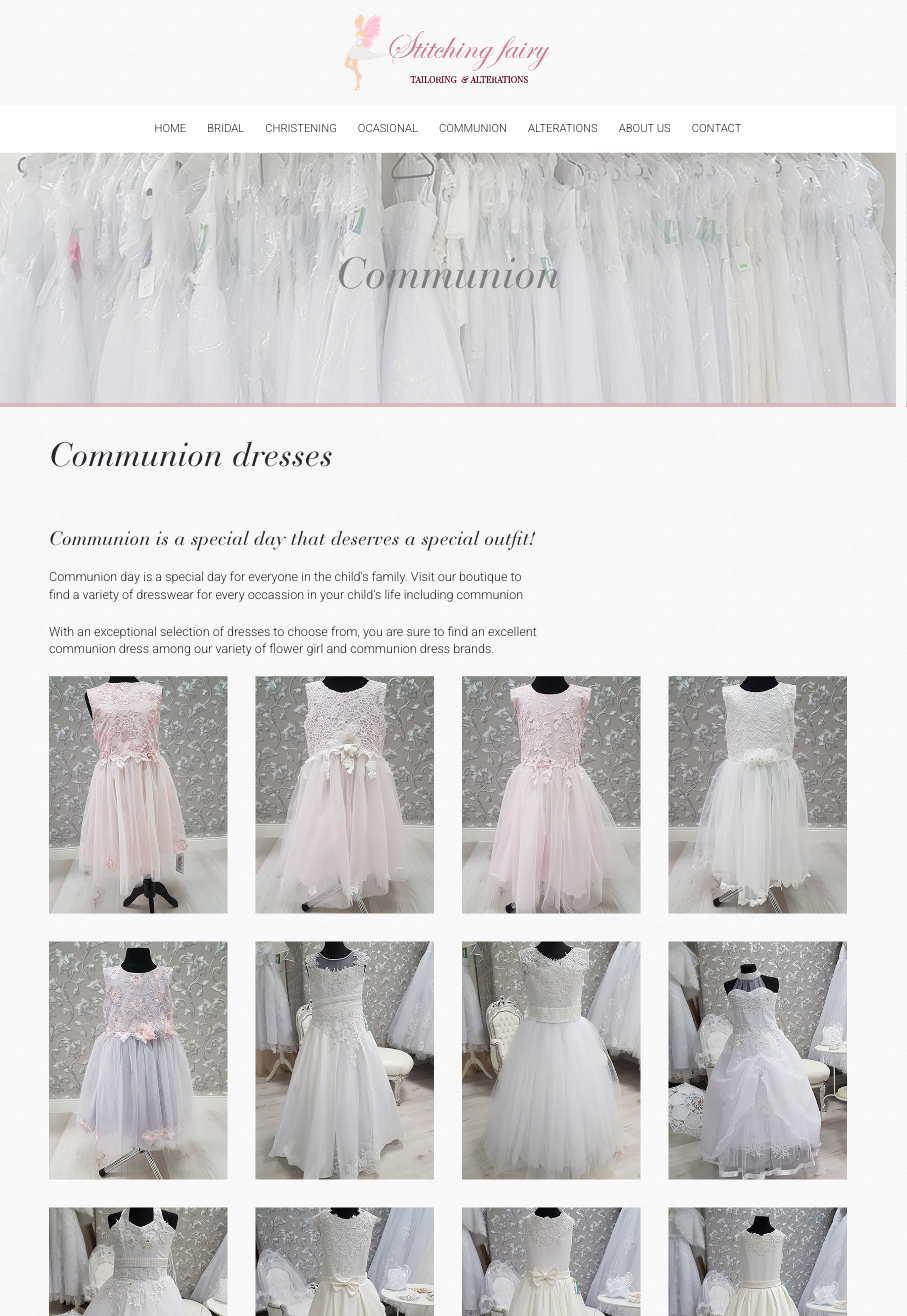
Repository: Archezi/stitchingfairyalternations
Page: pages/communion.html
The author's editor kept a copy of each file at every save. The page is drawn from the files as they stood at one save, then again after the next save.
The browser window is 1280 px wide. The page is 1295 px wide, so the pictures cover 1295 px, including what lies to the right of the window. The pictures show the part of the page from y = 0 to 1880 px (the page is 4306 px tall), at 70% of full size.
Some web libraries are served in a nearby version.

Above is the page before, as saved 2018-08-03 22:40:29.

After the next save:
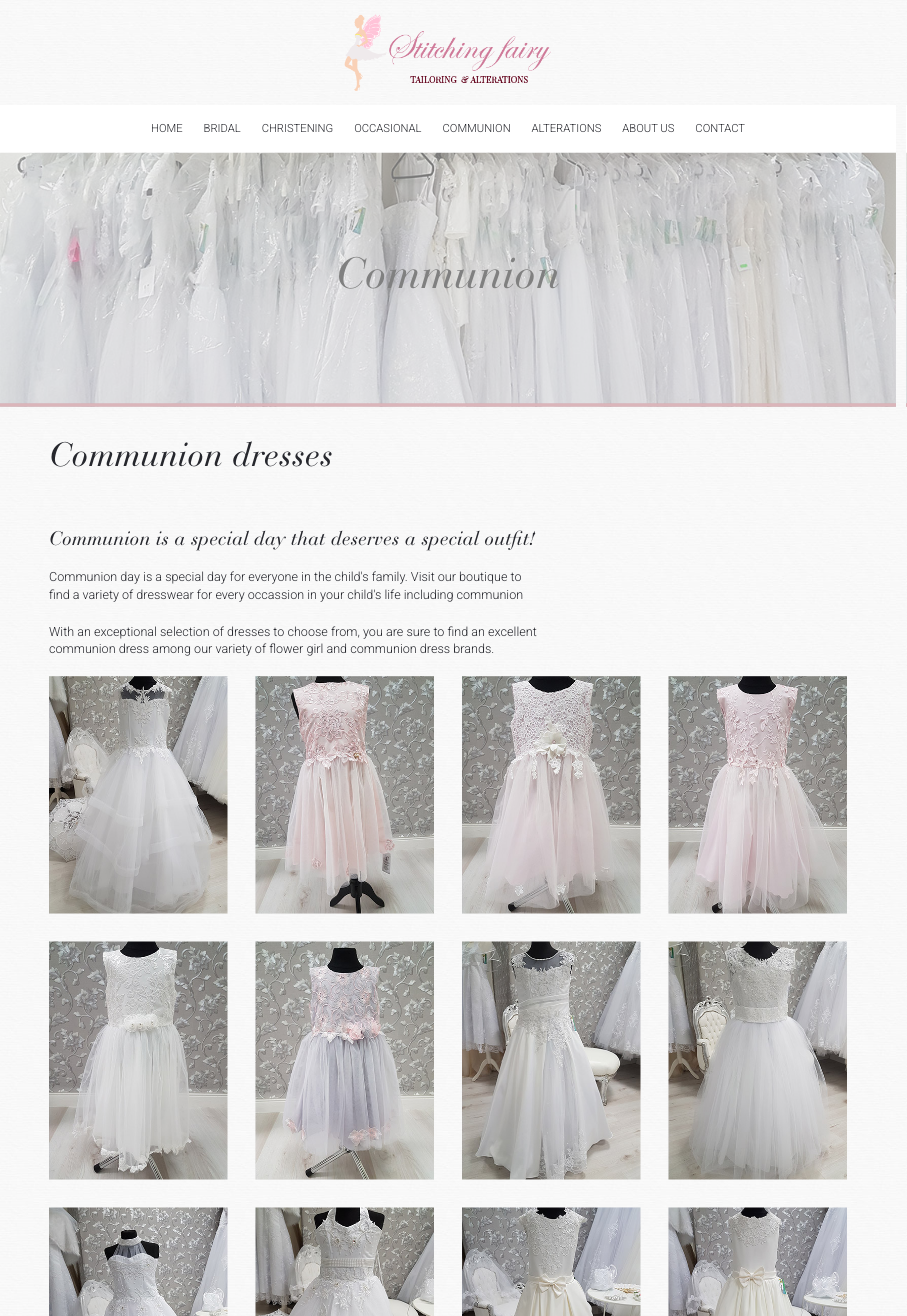
Saved 3 min 16 s later.
--- a/pages/communion.html
+++ b/pages/communion.html
@@ -33,7 +33,7 @@
                        <li class="navigation__item"><a href="../index.html" class="navigation__link">Home</a></li>
                        <li class="navigation__item"><a href="bridal.html" class="navigation__link">Bridal</a></li>
                        <li class="navigation__item"><a href="chritening.html" class="navigation__link">Christening</a></li>
-                       <li class="navigation__item"><a href="ocasional.html" class="navigation__link">Ocasional</a></li>
+                       <li class="navigation__item"><a href="occasional.html" class="navigation__link">Occasional</a></li>
                        <li class="navigation__item"><a href="communion.html" class="navigation__link">Communion</a></li>
                        <li class="navigation__item"><a href="alterations.html" class="navigation__link">Alterations</a></li>
                        <li class="navigation__item"><a href="about.html" class="navigation__link">About Us</a></li>
@@ -73,7 +73,7 @@
                     <li class="nav-item"><a href="../index.html" class="nav-link">Home</a></li>
                     <li class="nav-item"><a href="bridal.html" class="nav-link">Bridal</a></li>
                     <li class="nav-item"><a href="chritening.html" class="nav-link">Christening</a></li>
-                    <li class="nav-item"><a href="ocasional.html" class="nav-link">Ocasional</a></li>
+                    <li class="nav-item"><a href="occasional.html" class="nav-link">Occasional</a></li>
                     <li class="nav-item"><a href="communion.html" class="nav-link">Communion</a></li>
                     <li class="nav-item"><a href="alterations.html" class="nav-link">Alterations</a></li>
                     <li class="nav-item"><a href="about.html" class="nav-link">About Us</a></li>
@@ -110,6 +110,10 @@
                     <div id="communion_dress_collection">
 
                         <a href="" class="img-gallery">
+                            <img src="../images/communion-dress/communion-dress-24.jpg" alt="">
+                        </a>
+
+                        <a href="" class="img-gallery">
                             <img src="../images/communion-dress/communion-dress-1.jpg" alt="">
                         </a>
                         <a href="" class="img-gallery">
@@ -178,9 +182,7 @@
                         <a href="" class="img-gallery">
                             <img src="../images/communion-dress/communion-dress-23.jpg" alt="">
                         </a>
-                        <a href="" class="img-gallery">
-                            <img src="../images/communion-dress/communion-dress-24.jpg" alt="">
-                        </a>
+
                         <a href="" class="img-gallery">
                             <img src="../images/communion-dress/communion-dress-25.jpg" alt="">
                         </a>
